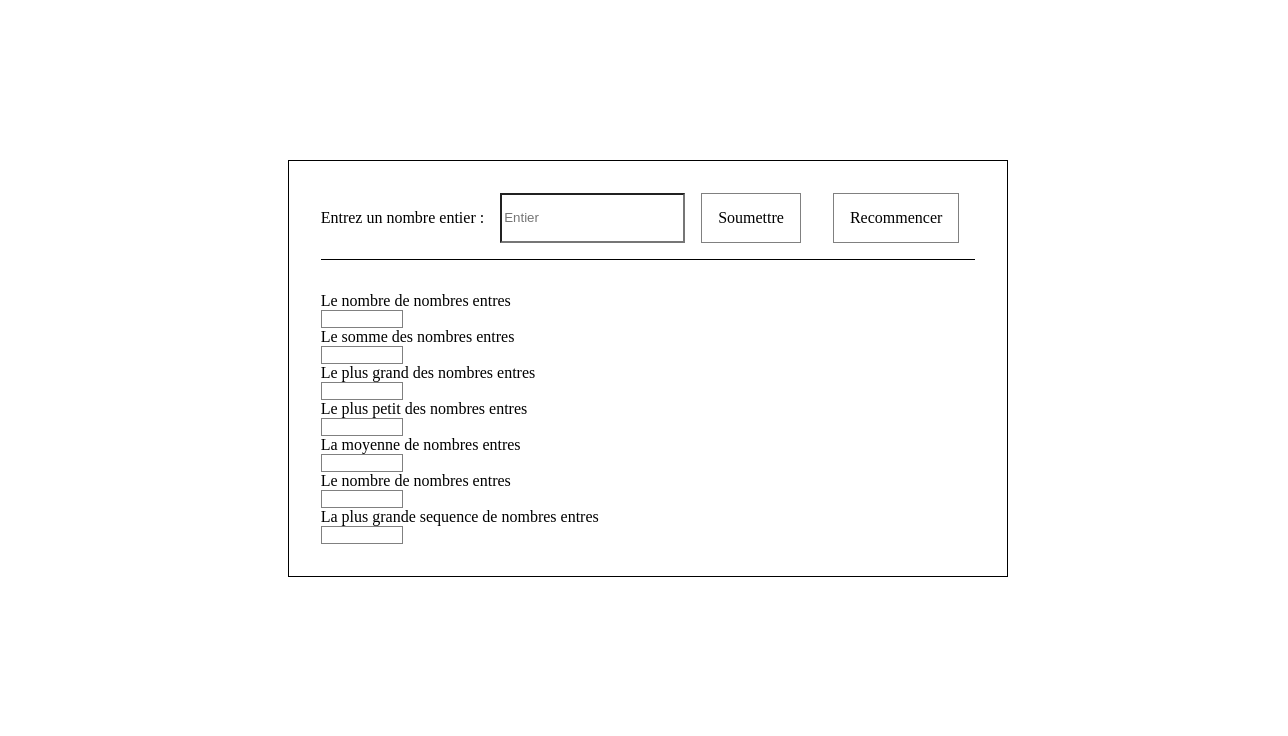
Repository: Thomas088/asbl-proforma
Page: exercices/js/ex-01/index.html
These files come from the project's save history. The page is drawn as it stood at one moment and after the next save; the edit follows.
The browser window is 1280 px wide. The page is 1288 px wide, so the pictures cover 1288 px, including what lies to the right of the window. The pictures show the whole page.

Above is the page before, as saved 2020-03-20 01:56:54.

### exercices/js/ex-01/index.html
<!DOCTYPE html>
<html lang="en">
<head>
    <meta charset="UTF-8">
    <meta name="viewport" content="width=device-width, initial-scale=1.0">
    <link rel="stylesheet" href="./style.css">
    <title>Numbers</title>
</head>
<body>

    <div class="tableau">
        <div class="entry-user">
            <p>Entrez un nombre entier :</p>
            <input type="number" name="entry" class="user-entry" placeholder="Entier">
            <div class="submit-number">Soumettre</div>
            <div class="restart">Recommencer</div>
        </div>

        <div class="total-entries">
            <span>Le nombre de nombres entres</span>
            <div class="result total-entries-result"></div>
        </div>

        <div class="sum-entries">
            <span>Le somme des nombres entres</span>
            <div class="result sum-entries-result"></div>
        </div>

        <div class="max-entries">
            <span>Le plus grand des nombres entres</span>
            <div class="result max-entries-result"></div>
        </div>

        <div class="min-entries">
            <span>Le plus petit des nombres entres</span>
            <div class="result"></div>
        </div>

        <div class="avarage-entries">
            <span>La moyenne de nombres entres</span>
            <div class="result min-entries-result"></div>
        </div>

        <div class="list-of-entries">
            <span>Le nombre de nombres entres</span>
            <div class="result list-of-entries-result"></div>
        </div>

        <div class="sequence-entries">
            <span>La plus grande sequence de nombres entres</span>
            <div class="result sequence-entriesresult"></div>
        </div>

    </div>

    <script src="./index.js"></script>
</body>
</html>

### exercices/js/ex-01/style.css
body {
    width: 100vw;
    height: 100vh;
    display: flex;
    justify-content: center;
    align-items: center;
}

.tableau {
    border: 1px solid #000;
    padding: 2em;
}

.entry-user {
    display: flex;
    padding-bottom: 1rem;
    margin-bottom: 2rem;;
    border-bottom: 1px solid #000;
}

.entry-user p {
    padding-right: 1em;
}

.user-entry {
    outline: none;
    appearance: none;
}

.submit-number, .restart {
    display: flex;
    justify-content: center;
    align-items: center;
    border: 1px solid gray;
    margin: 0 1rem;
    padding: 0 1rem;
    cursor: pointer;
}

.result {
    width: 5rem;
    height: 1rem;
    border: 1px solid gray;
}

### exercices/js/ex-01/index.js
window.addEventListener("DOMContentLoaded", function () {



})

After the next save:
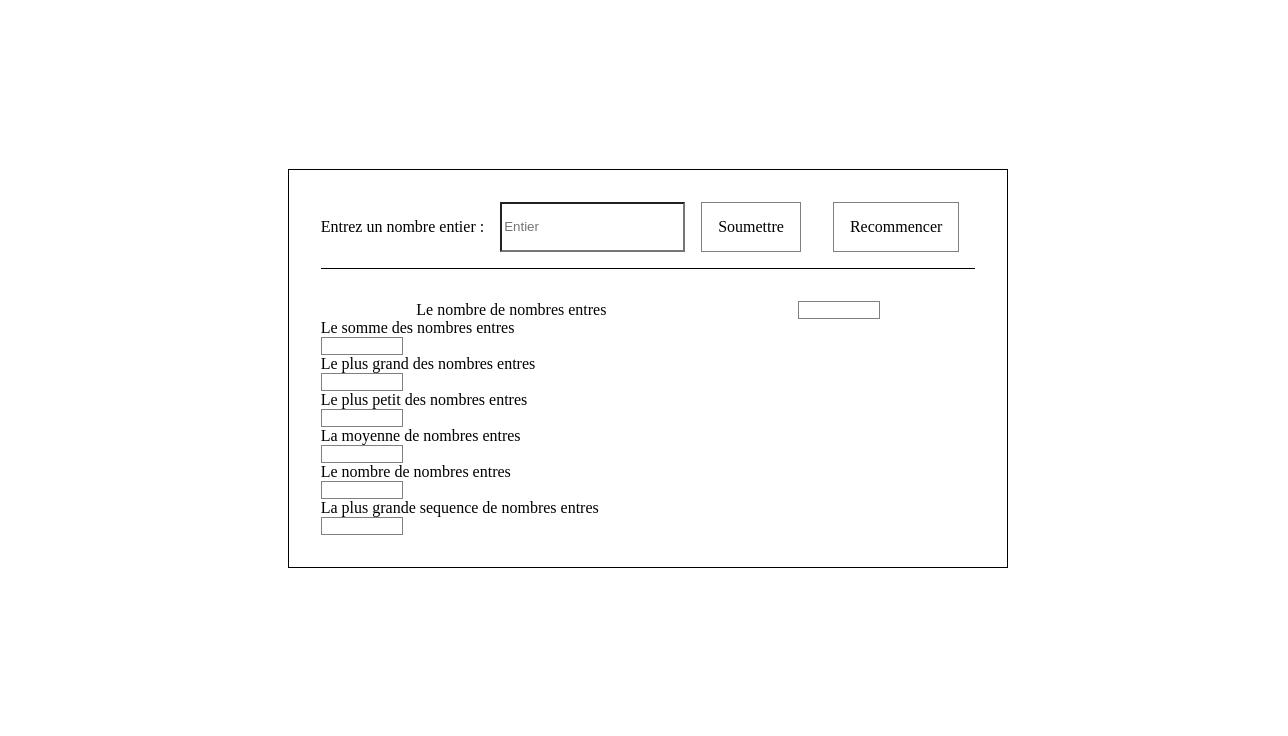
Saved 54 s later.
--- a/exercices/js/ex-01/style.css
+++ b/exercices/js/ex-01/style.css
@@ -42,3 +42,8 @@ body {
     height: 1rem;
     border: 1px solid gray;
 }
+
+.total-entries {
+    display: flex;
+    justify-content: space-around;
+}
